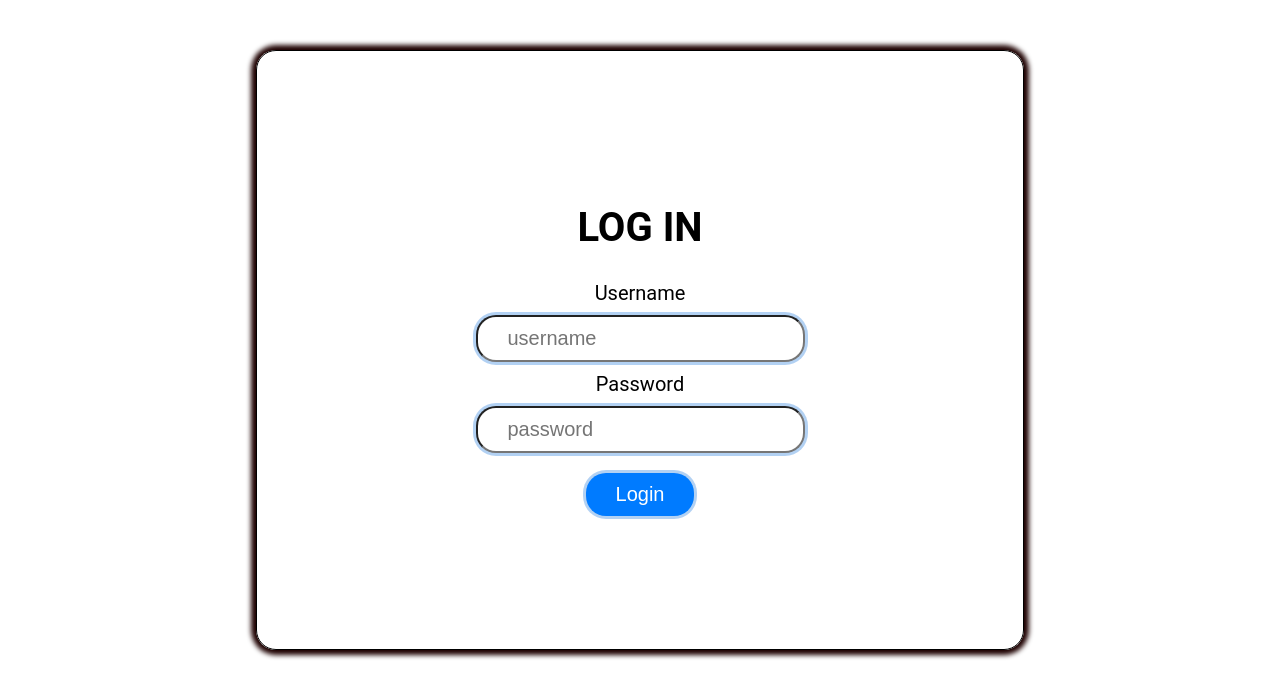
Repository: huyna1707/learning-git
Page: index.html
The author's editor kept a copy of each file at every save. The page is drawn from the files as they stood at one save, then again after a run of saves.
The browser window is 1280 px wide. The pictures show the whole page.
The pointer rests on the first visible `form button`.

Above is the page before, as saved 2024-08-09 23:26:38.

### index.html
<!DOCTYPE html>
<html>
<head>
    <title>Form Login</title>
    <link rel="stylesheet" href="style.css">
    <script defer src="main.js"></script>
</head>
<body>
    <form action="menu">
        <h4>LOG IN</h4>
        <label for="username">Username</label>
        <input type="text" placeholder="username" id="username">
        <label for="passworld">Password</label>
        <input type="password" placeholder="password" id="password">
        <button type="submit" onclick="login()">Login</button>
    </form>
</body>
</html>

### style.css
*{
    margin: 0;
    padding: 0;
    box-sizing: border-box;
}

html{
    font-size: 15px;
    font-family: 'Roboto', sans-serif;
    display: flex;
    justify-content: center;
    align-items: center;
}

form{
    width: 60vw;
    height: 600px;
    display: flex;
    flex-direction: column;
    justify-content: center;
    align-items: center;
    margin-top: 50px;
    border: 1px solid black;
    border-radius: 20px;
    box-shadow: rgb(30, 0, 0) 0 0 5px 5px;
}

form h4{
    font-size: 40px;
    font-weight: 600;
    margin: 30px;;
}
form label{
    font-size : 20px;
}
form input{
    border-radius: 20px;
    font-size: 20px;
    padding: 10px 30px;
    box-shadow: rgba(3, 102, 214, 0.3) 0px 0px 0px 3px;
    margin : 10px;
}

form button{
    border: none;
    border-radius: 20px;
    font-size: 20px;
    padding: 10px 30px;
    background-color: #007bff;
    color: white;
    box-shadow: rgba(3, 102, 214, 0.3) 0px 0px 0px 3px;
    margin : 10px;
}

### main.js
// window.prompt('What is your name?');

After the next 2 saves:
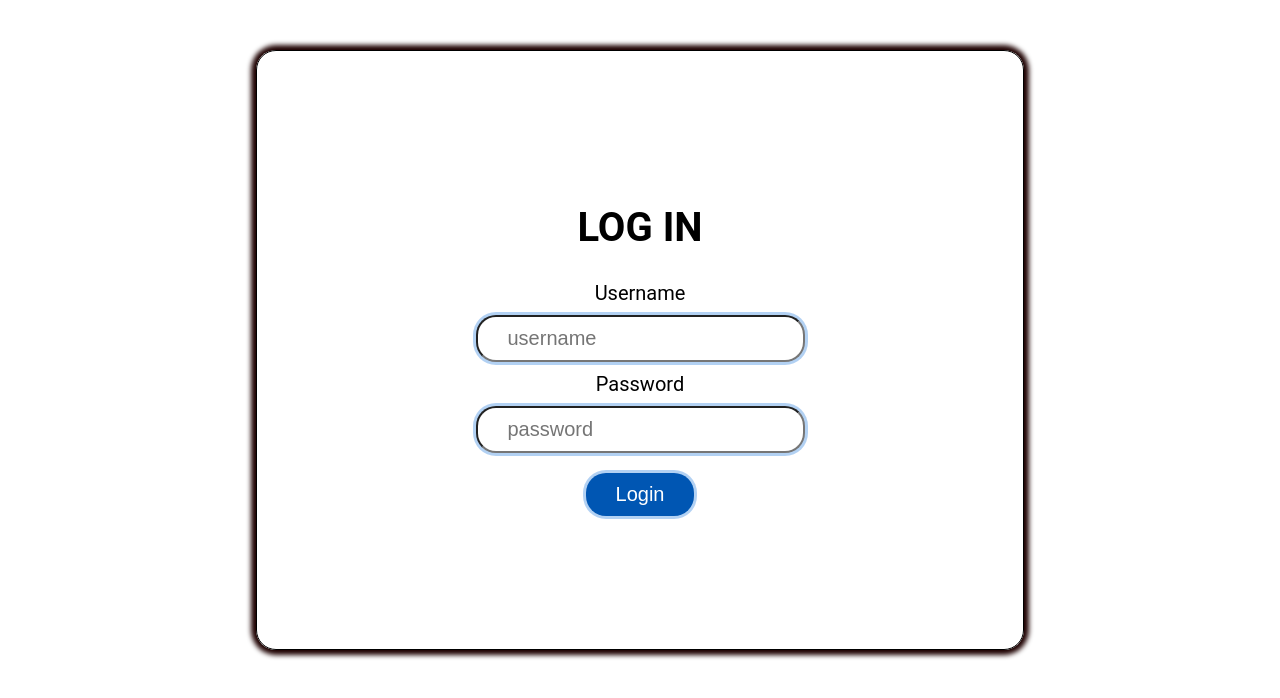
The 2 saves are shown as one change because they came seconds apart.
The last was saved 28 s later.
--- a/style.css
+++ b/style.css
@@ -51,3 +51,7 @@ form button{
     box-shadow: rgba(3, 102, 214, 0.3) 0px 0px 0px 3px;
     margin : 10px;
 }
+
+form button:hover{
+    background-color: #0056b3;
+}

After the 6 saves that followed:
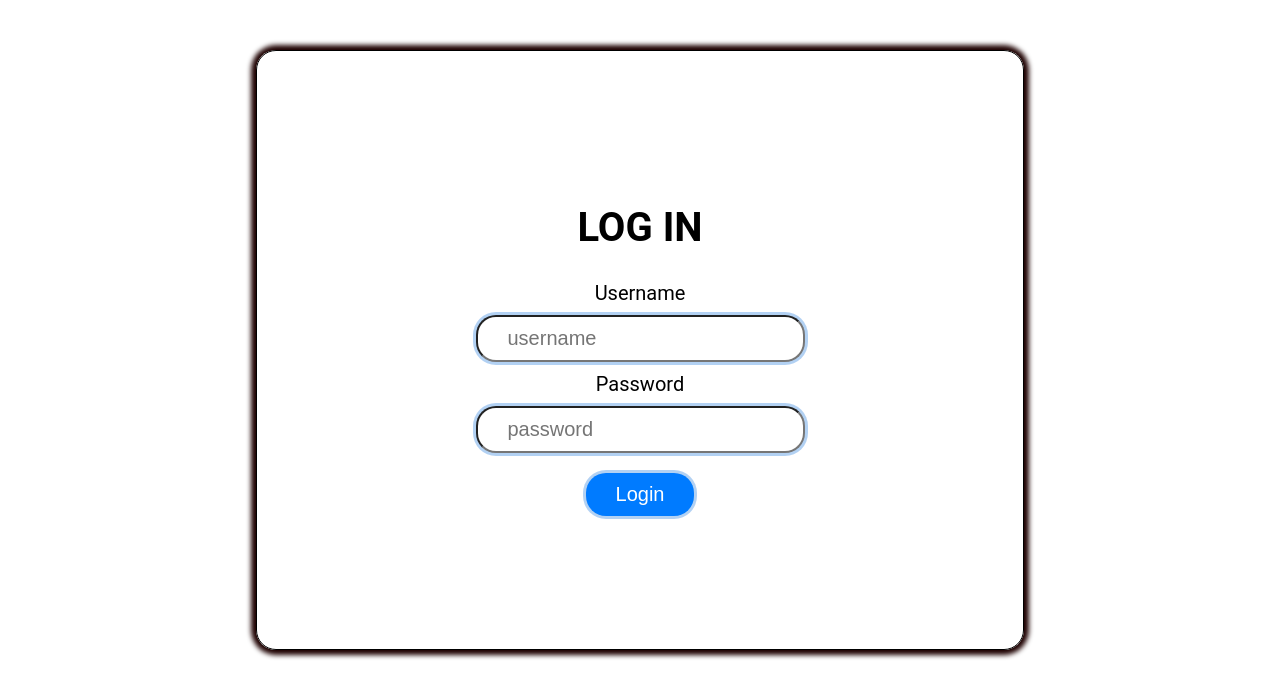
The 6 saves are shown as one change because they came seconds apart.
The last was saved 21 s later.
--- a/style.css
+++ b/style.css
@@ -53,5 +53,5 @@ form button{
 }
 
 form button:hover{
-    background-color: #0056b3;
+    font-size:
 }
